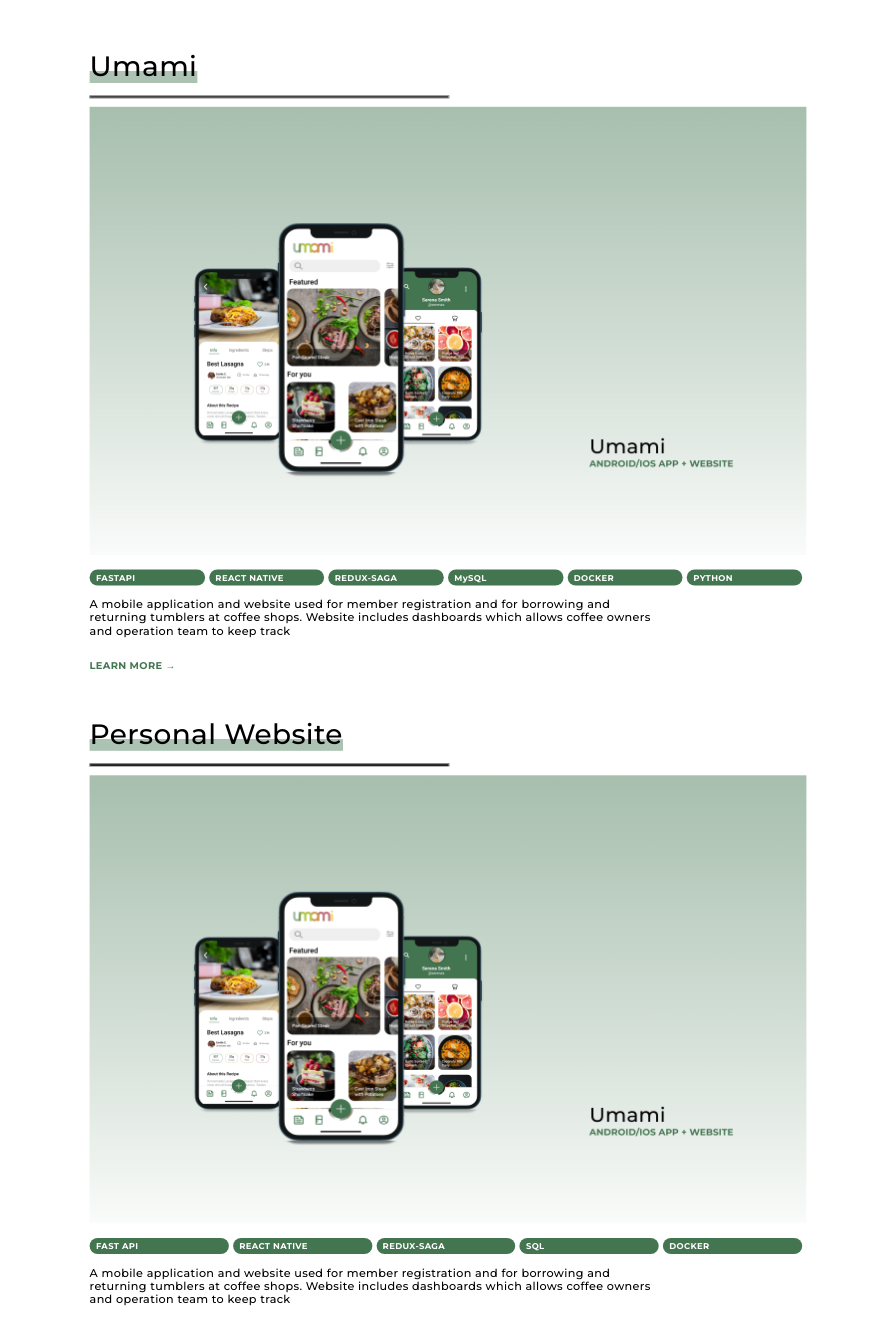
Repository: TangMartin/martintang
Page: index.html
An editor plug-in stored every save of this project. The page is shown before and after the next save, followed by the edit.
The browser window is 1280 px wide. The pictures show the part of the page from y = 1051 to 2971 px (the page is 2933 px tall before and 2971 px after), at 70% of full size.

Above is the page before, as saved 2021-11-24 21:48:04.

After the next save:
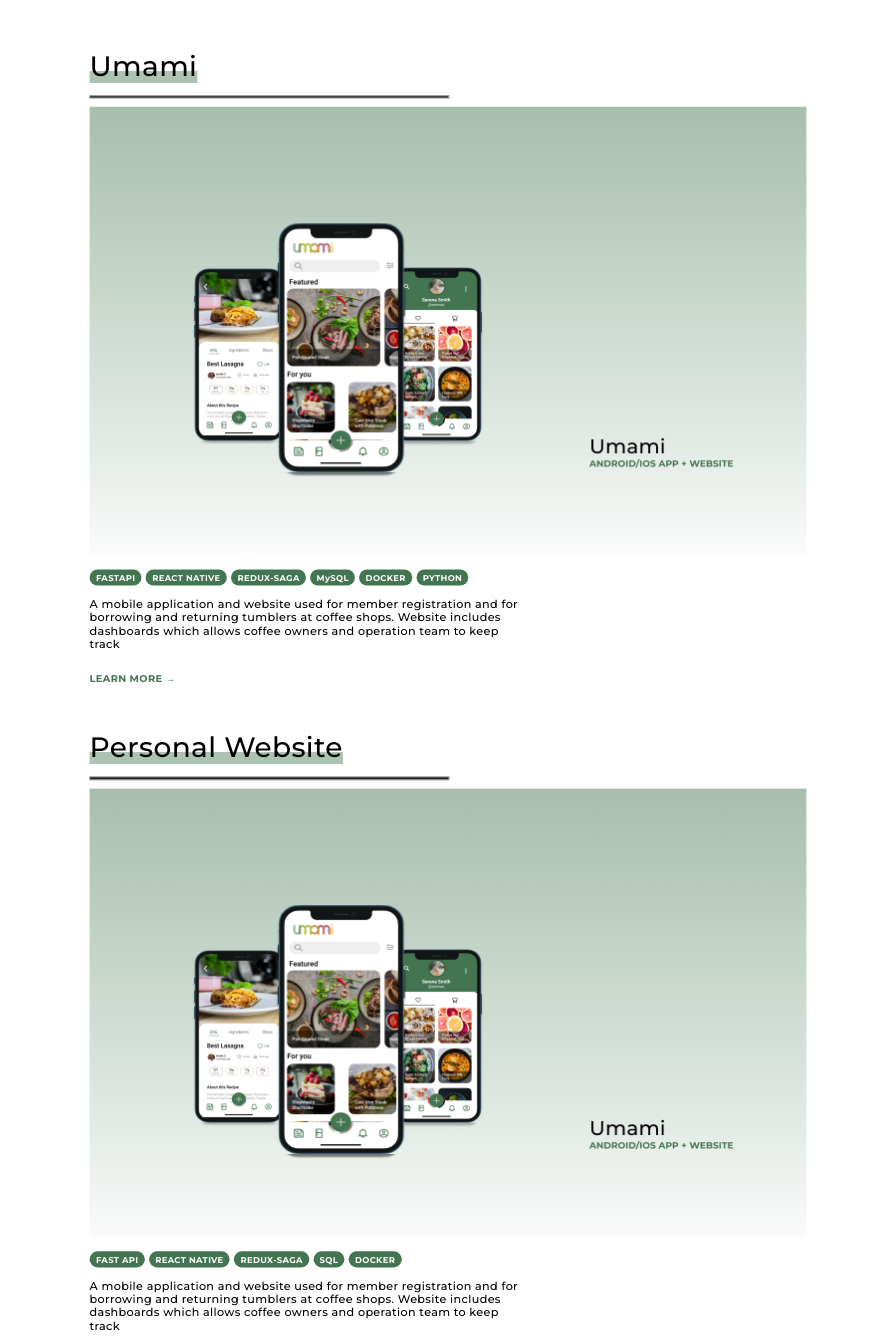
Saved 20 s later.
--- a/styles/style.css
+++ b/styles/style.css
@@ -115,7 +115,7 @@ h3 {
 .work_description {
     margin-top: 5px;
     font-weight: 400;
-    width: 80%;
+    width: 60%;
 }
 .highlight {
     background: linear-gradient(180deg, #FFFFFF 65%, var(--highlighter-color) 65%);
@@ -132,7 +132,6 @@ h3 {
     color: #FFFFFF;
     font-weight: 600;
     border-radius:20px;
-    width: 60%;
     padding: 4px 9px 4px 9px;
     background: var(--umami-color);
 }
